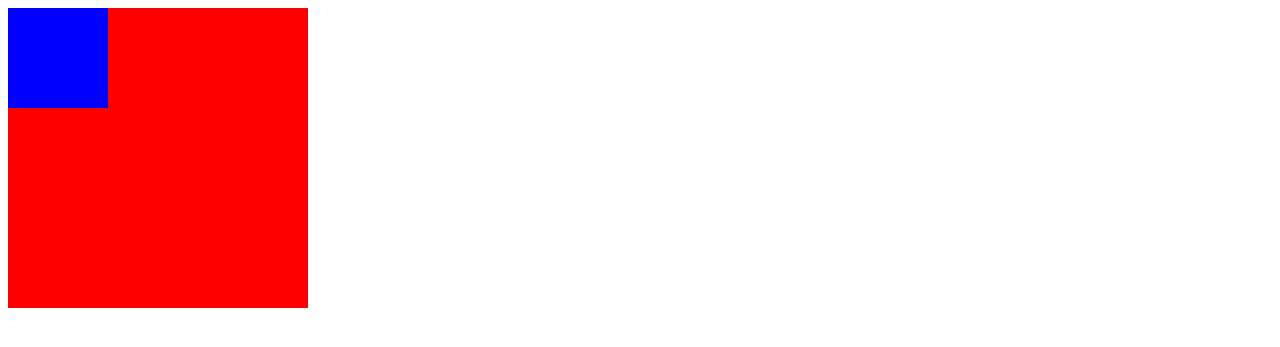
Repository: ego-boosting/assightment_1
Page: box/box.html
The author's editor kept a record of every edit. The page is drawn from the files as they stood at one moment, then again after the next edit.
The browser window is 1280 px wide. The pictures show the whole page.

Above is the page before.

### box/box.html
<!DOCTYPE HTML>

<html lang="ja">
  <head>
    <meta charset="UTF-8" />

    <link rel="stylesheet" href="box.css" />
    <title>BOX</title>
  </head>

   <body>
     <div class = "box1">
       <div class = "box2"></div>
     </div>

   </body>

  </html>

### box/box.css
.box1{
  width: 300px;
  height: 300px;
  background-color: #FF0000;
}

.box2{
  width: 100px;
  height: 100px;
  background-color: blue;
}

After the next edit:
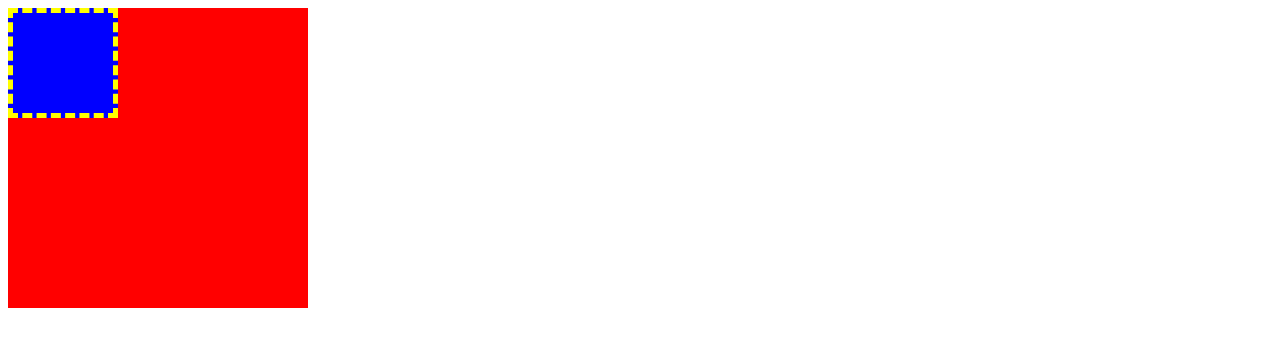
The edit:
--- a/box/box.css
+++ b/box/box.css
@@ -8,4 +8,5 @@
   width: 100px;
   height: 100px;
   background-color: blue;
+  border: 5px dashed yellow;
 }
